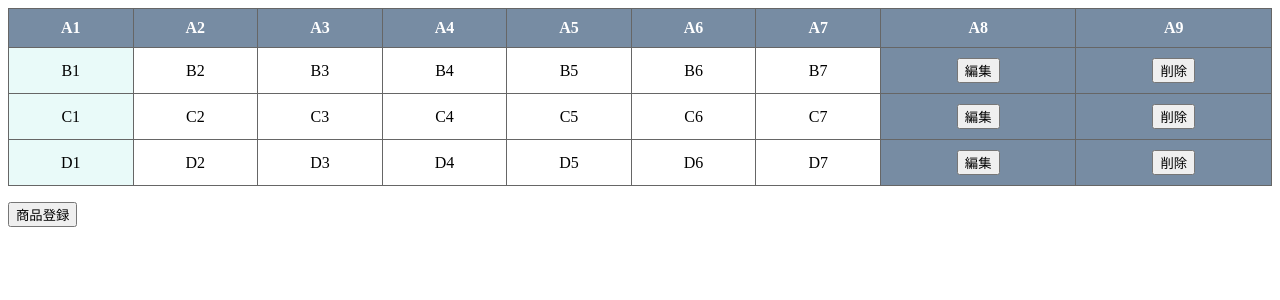
Repository: terasaki-yoshiaki/java-task4
Page: http://localhost/InventoryList
An editor plug-in stored every save of this project. The page is shown before and after the next save, followed by the edit.
The browser window is 1280 px wide. The pictures show the whole page.
The page is this project's Thymeleaf template; nobody is signed in. The template is opened directly, without the code that normally fills it, so the values that code supplies are empty.

Above is the page before, as saved 2024-08-29 09:28:00.

### Inventory/src/main/resources/templates/InventoryList.html
<!DOCTYPE html>
<html>
<head>
<meta charset="UTF-8">
<title>帳簿</title>
<style>
	.design08 {
		 width: 100%;
		 text-align: center;
		 border-collapse: collapse;
		 border-spacing: 0;
		}
		.design08 th {
		 padding: 10px;
		 background: #778ca3;
		 border: solid 1px #666666;
		 color: #ffffff;
		}
		.design08 td {
		 padding: 10px;
		 border: solid 1px #666666;
		}
		.design08 td:first-child {
		 background: #e9faf9;
		}
	</style>
	</head>
<body>
	<table class="design08">
	 <tr>
	  <th>A1</th>
	  <th>A2</th>
	  <th>A3</th>
	  <th>A4</th>
	  <th>A5</th>
	  <th>A6</th>
	  <th>A7</th>
	  <th>A8</th>
	  <th>A9</th>
	  </tr>
	 <tr>
	  <td>B1</td>
	  <td>B2</td>
	  <td>B3</td>
	  <td>B4</td>
	  <td>B5</td>
	  <td>B6</td>
	  <td>B7</td>
	  <th><input type="submit" id="b1" value="編集" onclick="check()" formaction="/create"></th>
	    <th><input type="submit" id="b1" value="削除" onclick="check()" formaction="/create"></th>
	 </tr>
	 <tr>
	  <td>C1</td>
	  <td>C2</td>
	  <td>C3</td>
	  <td>C4</td>
	  <td>C5</td>
	  <td>C6</td>
	  <td>C7</td>
	  <th><input type="submit" id="b1" value="編集" onclick="check()" formaction="/create"></th>
	    <th><input type="submit" id="b1" value="削除" onclick="check()" formaction="/create"></th>
	 </tr>
	 <tr>
	  <td>D1</td>
	  <td>D2</td>
	  <td>D3</td>
	  <td>D4</td>
	  <td>D5</td>
	  <td>D6</td>
	  <td>D7</td>
	  <th><input type="submit" id="b1" value="編集" onclick="check()" formaction="/create"></th>
	    <th><input type="submit" id="b1" value="削除" onclick="check()" formaction="/create"></th>
	 </tr>
	</table>

	<p><input type="submit" id="b1" value="商品登録" onclick="check()" formaction="/create"></p>
	</body>
</html>

After the next save:
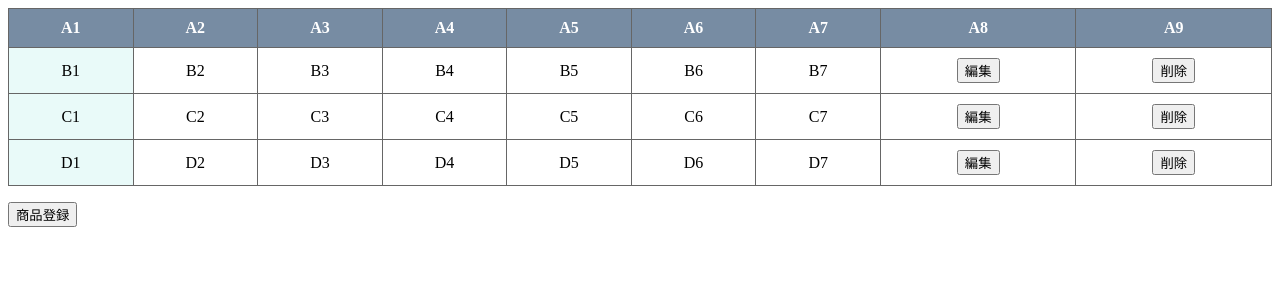
Saved 75 s later.
--- a/Inventory/src/main/resources/templates/InventoryList.html
+++ b/Inventory/src/main/resources/templates/InventoryList.html
@@ -46,8 +46,8 @@
 	  <td>B5</td>
 	  <td>B6</td>
 	  <td>B7</td>
-	  <th><input type="submit" id="b1" value="編集" onclick="check()" formaction="/create"></th>
-	    <th><input type="submit" id="b1" value="削除" onclick="check()" formaction="/create"></th>
+	  <td><input type="submit" id="b1" value="編集" onclick="check()" formaction="/create"></td>
+	    <td><input type="submit" id="b1" value="削除" onclick="check()" formaction="/create"></td>
 	 </tr>
 	 <tr>
 	  <td>C1</td>
@@ -57,8 +57,8 @@
 	  <td>C5</td>
 	  <td>C6</td>
 	  <td>C7</td>
-	  <th><input type="submit" id="b1" value="編集" onclick="check()" formaction="/create"></th>
-	    <th><input type="submit" id="b1" value="削除" onclick="check()" formaction="/create"></th>
+	  <td><input type="submit" id="b1" value="編集" onclick="check()" formaction="/create"></td>
+	    <td><input type="submit" id="b1" value="削除" onclick="check()" formaction="/create"></td>
 	 </tr>
 	 <tr>
 	  <td>D1</td>
@@ -68,8 +68,8 @@
 	  <td>D5</td>
 	  <td>D6</td>
 	  <td>D7</td>
-	  <th><input type="submit" id="b1" value="編集" onclick="check()" formaction="/create"></th>
-	    <th><input type="submit" id="b1" value="削除" onclick="check()" formaction="/create"></th>
+	  <td><input type="submit" id="b1" value="編集" onclick="check()" formaction="/create"></th>
+	    <td><input type="submit" id="b1" value="削除" onclick="check()" formaction="/create"></td>
 	 </tr>
 	</table>
 
